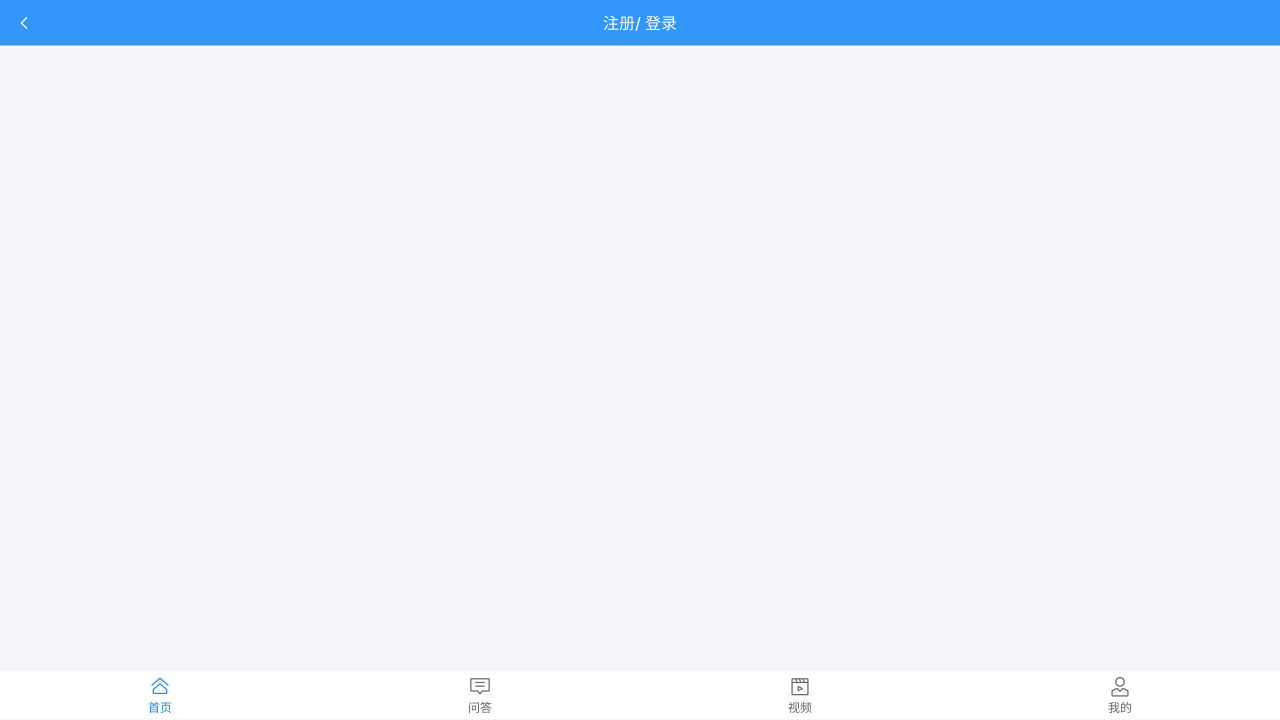
Repository: xn-lb/toutiao-mb
Page: /
An editor plug-in stored every save of this project. The page is shown before and after the next save, followed by the edit.
The browser window is 1280 px wide. The pictures show the whole page.
The project was rebuilt for these pictures with package versions that can differ from the ones it lists, and the page was loaded fresh each time. Also part of the build but not shown: vue.config.js.

Above is the page before, as saved 2023-04-08 21:44:04.

### src/main.js
import Vue from 'vue'
import App from './App.vue'
import router from './router'
import store from './store'
// 加载全局样式
import './styles/index.less'
import Vant from 'vant' //加载Vant 组件库

import 'amfe-flexible' //加载动态设置  rem 基准值

Vue.use(Vant); //注册使用组件库

import 'vant/lib/index.css' //加载全局样式

Vue.config.productionTip = false

new Vue({
    router,
    store,
    render: h => h(App)
}).$mount('#app')

### src/App.vue
<template>
  <div id="app">
  <!-- 路由的出口 -->
    <router-view></router-view>



  </div>
</template>
<script>
export default {
  name: 'APP'
}
</script>
<style lang="less">

</style>

### src/router/index.js
import Vue from 'vue'
import VueRouter from 'vue-router'



Vue.use(VueRouter)

// 路由表
const routes = [{
        path: '/login',
        name: 'LoginIndex',
        component: () =>
            import ('@/views/login')
    },
    {
        path: '/',
        component: () =>
            import ('@/views/layout/'),
        children: [{
                path: '/qa',
                name: 'qa',
                component: () =>
                    import ('@/views/qa/')
            },
            {
                path: '/video',
                name: 'video',
                component: () =>
                    import ('@/views/video/')
            },
            {
                path: '/my', //默认子路由
                name: 'my',
                component: () =>
                    import ('@/views/my/')
            },
            {
                path: '', //默认子路由
                name: 'home',
                component: () =>
                    import ('@/views/home/')
            }
        ]
    }

]

const router = new VueRouter({
    routes
})

export default router

### src/store/index.js
import { getItem, setItem } from '@/utils/strorage'
import Vue from 'vue'
import Vuex from 'vuex'

Vue.use(Vuex)

const USER_KEY = 'toutiao-user'
export default new Vuex.Store({
    // namespaced: true, //关闭命名空间
    state: {
        user: getItem(USER_KEY) //使用封装模块的方式

        //使用原型模式  =>  user: JSON.parse(window.localStorage.getItem('user')) // 存储当前登录用户的登录状态（token 等数据）
    },
    getters: {},
    mutations: {
        setUser(state, data) {
            state.user = data
                // 为了防止页面刷新数据丢失，我们还需要把数据放到本地存储中，这里仅仅是为了持久化数据

            setItem(USER_KEY, state.user) //使用封装模块的方式
                //使用原型模式  =>  window.localStorage.setItem('user', JSON.stringify(state.user))
        }
    },
    actions: {},
    modules: {}
})

### src/styles/index.less
// 全局样式文件
// 加载图标样式
@import "./icon.less";

body{
    background-color: #f5f5f9;
}
.app-nav-bar{
    background-color: #3296fa !important;
    .van-nav-bar__title{
        color: #fff;
    }
    .van-icon{
        color:#fff !important;
    }
}

### src/views/layout/index.vue
<template>
    <div class="layout-container">
         <!-- 子路由出口 -->
        <router-view />

        <!-- 底部导航栏 -->
        <van-tabbar v-model="active" route>
            <van-tabbar-item icon="home-o" to="/">首页</van-tabbar-item>
            <van-tabbar-item icon="comment-o" to="/qa">问答</van-tabbar-item>
            <van-tabbar-item icon="video-o" to="/video">视频</van-tabbar-item>
            <van-tabbar-item icon="user-o" to="/my">我的</van-tabbar-item>
        </van-tabbar>
    </div>


</template>

<script>
export default {
    name:'layoutIndex',
    components:{},
    props:{},
    data(){
        return{
            active:0
        }
    }
}
</script>

<style>

</style>

### src/views/home/index.vue
<template>
  <div class="home-container">
<!-- 首页 -->
    <van-nav-bar class="app-nav-bar"
    title=" 注册/ 登录"
    left-arrow
    @click-left="$router.back()"
    />


  </div>

</template>

<script>
export default {

}
</script>

<style>

</style>

### src/utils/strorage.js
// 本地存储封装模块

// 获取
export const getItem = (name) => {
    const data = window.localStorage.getItem(name)
    try {
        // 尝试把data转为JavaScript对象
        return JSON.parse(data)
    } catch (err) {
        // data不是JSON格式字符串，直接原样返回
        return data
    }
}

// 存储
export const setItem = (name, value) => {
    // 如果value 是对象，就把value 转为JSON格式字符串再储存
    if (typeof value === 'object') {
        value = JSON.stringify(value)
    }
    window.localStorage.setItem(name, value)
}



// 删除
export const removeItem = (name) => {
    window.localStorage.removeItem(name)
}

### src/styles/icon.less
@font-face {
    font-family: "toutiao"; /* Project id 3968849 */
    src: url('//at.alicdn.com/t/c/font_3968849_y288fdc89co.eot?t=1679462277967'); /* IE9 */
    src: url('//at.alicdn.com/t/c/font_3968849_y288fdc89co.eot?t=1679462277967#iefix') format('embedded-opentype'), /* IE6-IE8 */
         url('//at.alicdn.com/t/c/font_3968849_y288fdc89co.woff2?t=1679462277967') format('woff2'),
         url('//at.alicdn.com/t/c/font_3968849_y288fdc89co.woff?t=1679462277967') format('woff'),
         url('//at.alicdn.com/t/c/font_3968849_y288fdc89co.ttf?t=1679462277967') format('truetype'),
         url('//at.alicdn.com/t/c/font_3968849_y288fdc89co.svg?t=1679462277967#toutiao') format('svg');
  }

  .toutiao {
    font-family: "toutiao" !important;
    font-size: 16px;
    font-style: normal;
    -webkit-font-smoothing: antialiased;
    -moz-osx-font-smoothing: grayscale;
  }

  .toutiao-guanbi:before {
    content: "\e601";
  }

  .toutiao-gengduo:before {
    content: "\e602";
  }

  .toutiao-pinglun:before {
    content: "\e603";
  }

  .toutiao-shanchu:before {
    content: "\e604";
  }

  .toutiao-dianzan:before {
    content: "\e605";
  }

  .toutiao-lishi:before {
    content: "\e606";
  }

  .toutiao-shipin:before {
    content: "\e607";
  }

  .toutiao-shoucang:before {
    content: "\e608";
  }

  .toutiao-yanzhengma:before {
    content: "\e609";
  }

  .toutiao-wenda:before {
    content: "\e60a";
  }

  .toutiao-fenxiang:before {
    content: "\e60b";
  }

  .toutiao-youjiantou:before {
    content: "\e60c";
  }

  .toutiao-wuwangluo:before {
    content: "\e60d";
  }

  .toutiao-shouji:before {
    content: "\e60e";
  }

  .toutiao-zuojiantou:before {
    content: "\e60f";
  }

  .toutiao-shouye:before {
    content: "\e610";
  }

  .toutiao-wode:before {
    content: "\e611";
  }

  .toutiao-sousuo:before {
    content: "\e612";
  }

  .toutiao-zuopin:before {
    content: "\e613";
  }

  .toutiao-yuedu:before {
    content: "\e614";
  }

Loaded but not shown: public/index.html (common file)

After the next save:
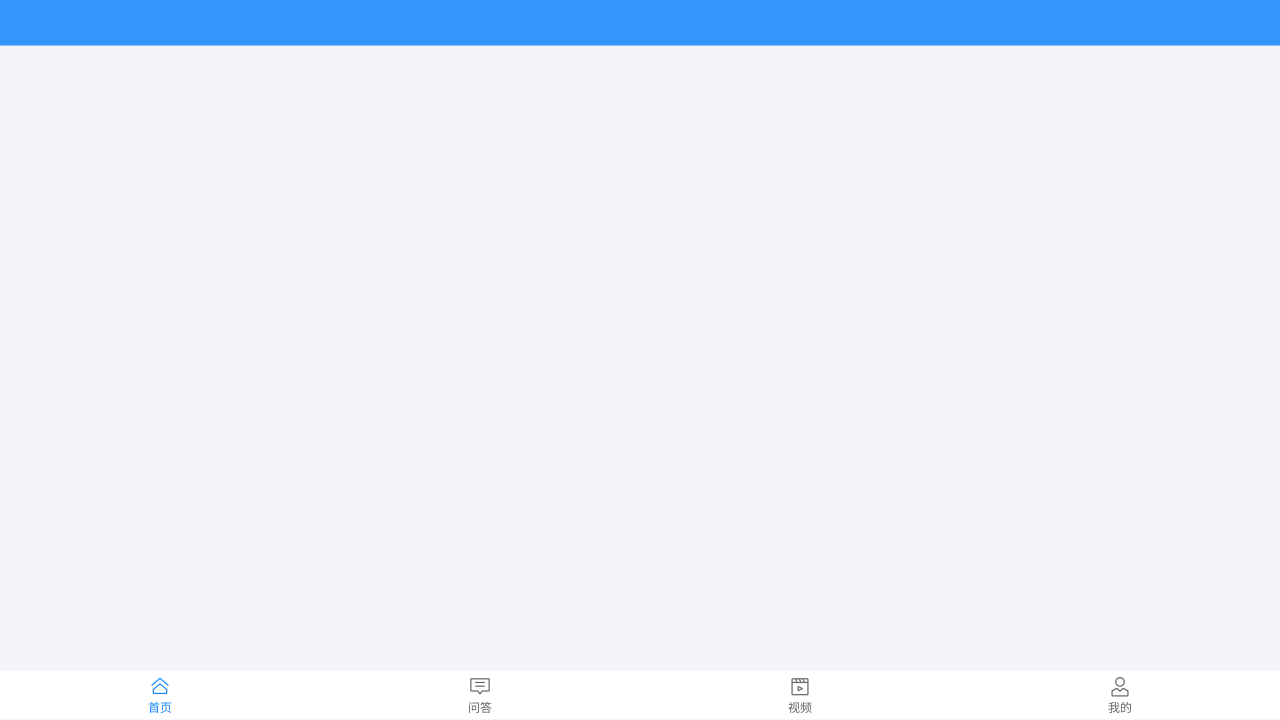
Saved 92 s later.
--- a/src/views/home/index.vue
+++ b/src/views/home/index.vue
@@ -1,11 +1,7 @@
 <template>
   <div class="home-container">
-<!-- 首页 -->
-    <van-nav-bar class="app-nav-bar"
-    title=" 注册/ 登录"
-    left-arrow
-    @click-left="$router.back()"
-    />
+  <!-- 首页 -->
+    <van-nav-bar class="app-nav-bar"/>
 
 
   </div>
